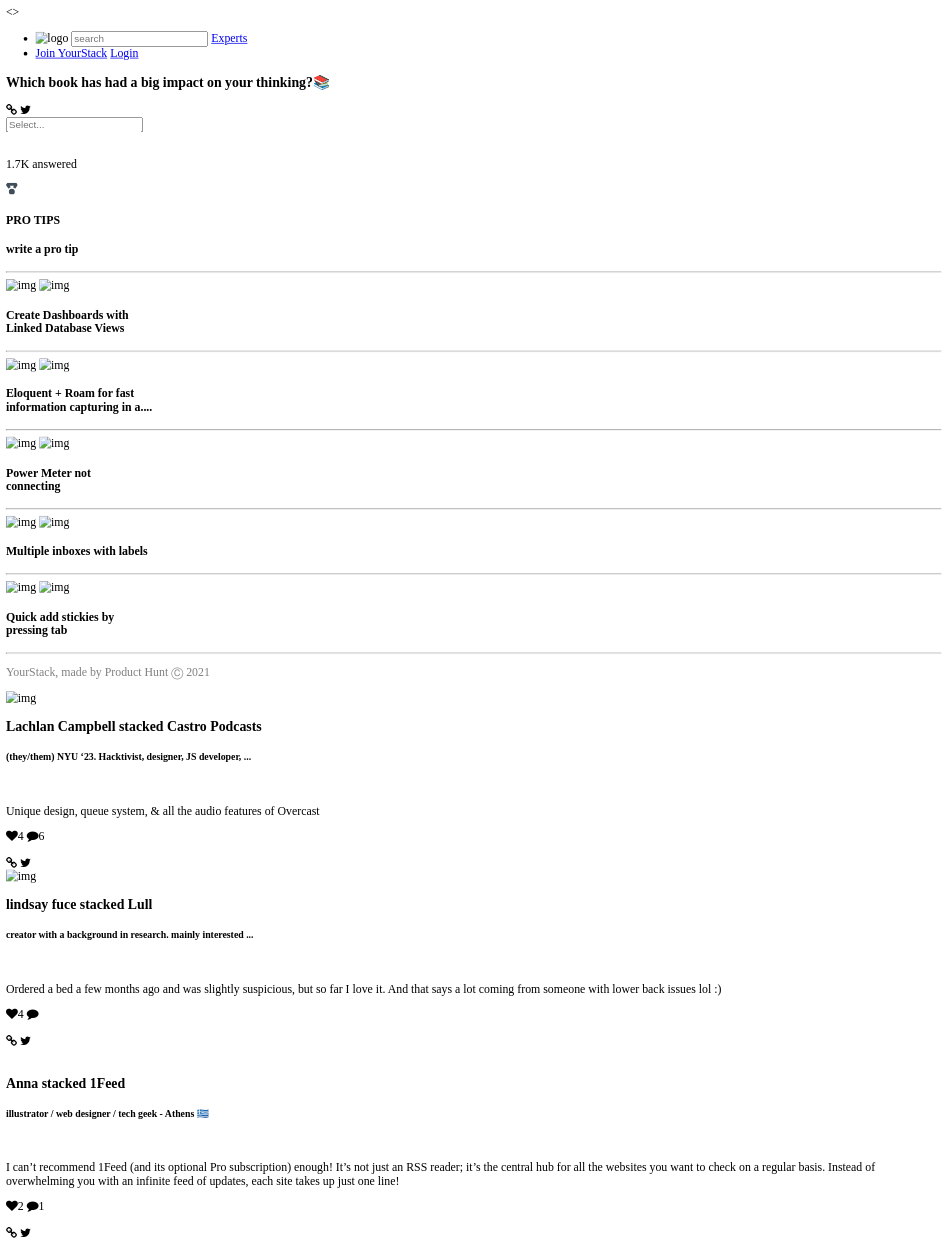
Repository: git432-tech/html-project.github.io
Page: index.html
The author's editor kept a copy of each file at every save. The page is drawn from the files as they stood at one save, then again after the next save.
The browser window is 1280 px wide. The pictures show the whole page, at 74% of full size.

Above is the page before, as saved 2021-05-04 16:05:44.
Not found: css/index.css
Not found: img/2-cont-1.jpeg
Not found: img/3-cont-1.jpeg

### index.html
<!DOCTYPE html>
<html lang="en">
  <>
    <meta charset="UTF-8" />
    <meta http-equiv="X-UA-Compatible" content="IE=edge" />
    <meta name="viewport" content="width=device-width, initial-scale=1.0" />
    <title>YourStack</title>
    <link href="https://stacks-production-us-east-1-static.s3.amazonaws.com/favicon.ico">
    <link rel="stylesheet" href="../css/index.css" />
    <link
      rel="stylesheet"
      href="https://cdnjs.cloudflare.com/ajax/libs/font-awesome/4.7.0/css/font-awesome.min.css"
    />
    <link
      rel="stylesheet"
      href="https://fonts.googleapis.com/icon?family=Material+Icons"
    />
  </head>
  <body>
    <header>
      <div class="head">
        <nav class="navbar">
          <ul class="nav-links">
            <li>
              <img
                class="logo"
                src="../img/your_stack_logo copy.png"
                alt="logo"
              />
              <input
                type="search"
                name="search-bar"
                id="search-bar"
                placeholder="search"
              />
              <a class="exp" href="#">Experts</a>
            </li>
            <li>
              <a class="stack" href="#">Join YourStack</a> <a href="#">Login</a>
            </li>
          </ul>
        </nav>
      </div>
    </header>

    <section class="main-section">
      <div class="sec-one">
        <div class="ones">
          <h3>Which book has had a big impact on your thinking?📚</h3>

          <div class="icons">
            <i id="link" class="fa fa-link"></i>
            <i id="twitter" class="fa fa-twitter"></i>
          </div>
        </div>
        <div class="sec-three">
          <input type="search" name="" id="se" placeholder="Select..." />
        </div>
        <div class="imgs">
          <img class="imgs-1" src="../img/cont-1.jpeg" alt="" />
          <img class="imgs-1" src="../img/cont-2.jpeg" alt="" />
          <img class="imgs-1" src="../img/cont-3.jpeg" alt="" />
          <p class="ans">1.7K answered</p>
        </div>
      </div>

      <div class="sec-two">
        <div class="pro">
          <svg
            class="sv"
            width="16"
            height="16"
            xmlns="http://www.w3.org/2000/svg"
          >
            <path
              d="M8 8a4 4 0 1 1 0 8 4 4 0 0 1 0-8zm6-8l2 3-3.5 5c-.8-.9-1.9-1.5-3.1-1.8L11 4H5l1.7 2.2c-1.2.3-2.3.9-3.1 1.8L0 3l2-3h12z"
              fill="#3F4C5A"
            ></path>
          </svg>
          <h4 class="pro-tip">PRO TIPS</h4>
          <h4 class="pro-tip-p">write a pro tip</h4>
        </div>
        <hr class="hrs" />
        <div class="one">
          <img
            class="img1"
            src="../img/img2.jpeg"
            alt="img"
            height="35px"
            width="35px"
          />
          <img
            class="img1"
            src="../img/img1.png"
            alt="img"
            height="35px"
            width="35px"
          />
          <h4 class="desc-1">
            Create Dashboards with <br />Linked Database Views
          </h4>
        </div>

        <hr class="hrs" />
        <div class="one">
          <img
            class="img1"
            src="../img/img-3.png"
            alt="img"
            height="35px"
            width="35px"
          />
          <img
            class="img1"
            src="../img/img-4.jpeg"
            alt="img"
            height="35px"
            width="35px"
          />
          <h4 class="desc-1">
            Eloquent + Roam for fast <br />
            information capturing in a....
          </h4>
        </div>

        <hr class="hrs" />
        <div class="one">
          <img
            class="img1"
            src="../img/img-5.jpeg"
            alt="img"
            height="35px"
            width="35px"
          />
          <img
            class="img1"
            src="../img/img-6.png"
            alt="img"
            height="35px"
            width="35px"
          />
          <h4 class="desc-1">
            Power Meter not <br />
            connecting
          </h4>
        </div>

        <hr class="hrs" />
        <div class="one">
          <img
            class="img1"
            src="../img/img-7.jpeg"
            alt="img"
            height="35px"
            width="35px"
          />
          <img
            class="img1"
            src="../img/img-8.jpeg"
            alt="img"
            height="35px"
            width="35px"
          />
          <h4 class="desc-1">Multiple inboxes with labels</h4>
        </div>

        <hr class="hrs" />

        <div class="one">
          <img
            class="img1"
            src="../img/img-9.jpeg"
            alt="img"
            height="35px"
            width="35px"
          />
          <img
            class="img1"
            src="../img/img-10.jpeg"
            alt="img"
            height="35px"
            width="35px"
          />
          <h4 class="desc-1">
            Quick add stickies by <br />
            pressing tab
          </h4>
        </div>

        <hr class="hrs" />
        <p style="color: grey;">YourStack, made by Product Hunt Ⓒ 2021</p>
        <!-- <nav class="list">
          <ul class="ul-list">
            <li><a class="terms" href="#">About</a></li>
            <li><a class="terms" href="#">Terms</a></li>
            <li><a class="terms" href="#">Policy</a></li>
            <li><a class="terms" href="#">Copyright Policy</a></li>
            <li><a class="terms" href="#">Cookies</a></li>
          </ul>
        </nav> -->
      </div>
      <div></div>
    </section>


    <section class="main-2">
      <!-- <img class="fl-img" src="../img/2-cont-1.jpeg" alt="" />
      <div class="cc">
        <h3>Lachlan Campbell stacked Castro Podcasts</h3>
        <p>(they/them) NYU ‘23. Hacktivist, designer, JS developer, ...</p>
        <h6>
          Unique design, queue system, & all the audio features of Overcast
        </h6> -->
      </div>
      <div class="circ">
        <img class="fl-img" src="../img/2-cont-1.jpeg" alt="img" />
        <div class="cc">


          <h3><b>Lachlan Campbell</b> stacked <b> Castro Podcasts</b></h3>
          <h5>(they/them) NYU ‘23. Hacktivist, designer, JS developer, ...</h5><br>
          <p>
            Unique design, queue system, & all the audio features of Overcast
          </p>
        <!-- <img class="imgs-1" src="../img/2-cont-1.jpeg" alt="img" />
        <div class="cir-cont">
          <h3>Lachlan Campbell stacked Castro Podcasts</h3>
          <br />
          <p>(they/them) NYU ‘23. Hacktivist, designer, JS developer, ...</p>
          <h6>
            Unique design, queue system, & all the audio features of Overcast
          </h6> -->
        </div>
        <div class="imgs2">
          <i id="heart" class="fa fa-heart"><span class="com-4">4</span></i>
          <i id="comment" class="fa fa-comment"><span class="com-4">6</span></i>
          <img id="imgs-1" class="imgs-1" src="../img/3-cont-1.jpeg" alt="" />
          <img class="imgs-1" src="../img/3-cont-2.jpeg" alt="" />
          <img class="imgs-1" src="../img/3-cont-3.jpeg" alt="" />
        </div>
      </div>

      <div class="sqr-img">
        <img id="sqr-img2-1" src="../img/cot-2.jpeg" alt="" />
        <div class="icons2-1">
          <i id="link" class="fa fa-link"></i>
          <i id="twitter" class="fa fa-twitter"></i>
        </div>
      </div>
    </section>

    <section class="main-3-2">
      <!-- <img class="fl-img" src="../img/2-cont-1.jpeg" alt="" />
      <div class="cc">
        <h3>Lachlan Campbell stacked Castro Podcasts</h3>
        <p>(they/them) NYU ‘23. Hacktivist, designer, JS developer, ...</p>
        <h6>
          Unique design, queue system, & all the audio features of Overcast
        </h6> -->
      </div>
      <div class="circ">
        <img class="fl-img" src="../img/5-cont.jpeg" alt="img" />
        <div class="cc">


          <h3><b>lindsay fuce </b> stacked <b> Lull</b></h3>
          <h5>creator with a background in research. mainly interested ...</h5><br>
          <p>
            Ordered a bed a few months ago and was slightly suspicious, but so far I love it. And that says a lot coming from someone with lower back issues lol :)

          </p>
        <!-- <img class="imgs-1" src="../img/2-cont-1.jpeg" alt="img" />
        <div class="cir-cont">
          <h3>Lachlan Campbell stacked Castro Podcasts</h3>
          <br />
          <p>(they/them) NYU ‘23. Hacktivist, designer, JS developer, ...</p>
          <h6>
            Unique design, queue system, & all the audio features of Overcast
          </h6> -->
        </div>
        <div class="imgs2">
          <i id="heart" class="fa fa-heart"><span class="com-4">4</span></i>
          <i id="comment" class="fa fa-comment"><span class="com-4"></span></i>
          <img id="imgs-1" class="imgs-1" src="../img/5-cont-1.jpeg" alt="" />
          <img class="imgs-1" src="../img/5-cont-2.jpeg" alt="" />
          <img class="imgs-1" src="../img/5-cont-3.png" alt="" />
        </div>
      </div>

      <div class="sqr-img">
        <img id="sqr-img2-1" src="../img/5-cont-main.jpeg" alt="" />
        <div class="icons2-1">
          <i id="link" class="fa fa-link"></i>
          <i id="twitter" class="fa fa-twitter"></i>
        </div>
      </div>
    </section>
    <section class="main-3-3">
      <!-- <img class="fl-img" src="../img/2-cont-1.jpeg" alt="" />
      <div class="cc">
        <h3>Lachlan Campbell stacked Castro Podcasts</h3>
        <p>(they/them) NYU ‘23. Hacktivist, designer, JS developer, ...</p>
        <h6>
          Unique design, queue system, & all the audio features of Overcast
        </h6> -->
      </div>
      <div class="circ">
        <img class="fl-img" src="../img/4-cont-1.jpeg" alt="" />
        <div class="cc">
          <h3><b>Anna</b> stacked 1Feed</h3>
          <h5>illustrator / web designer / tech geek - Athens 🇬🇷</h5><br>
          <p>
            I can’t recommend 1Feed (and its optional Pro subscription) enough! It’s not just an RSS reader; it’s the central hub for all the websites you want to check on a regular basis. Instead of overwhelming you with an infinite feed of updates, each site takes up just one line!
          </p>
        <!-- <img class="imgs-1" src="../img/2-cont-1.jpeg" alt="img" />
        <div class="cir-cont">
          <h3>Lachlan Campbell stacked Castro Podcasts</h3>
          <br />
          <p>(they/them) NYU ‘23. Hacktivist, designer, JS developer, ...</p>
          <h6>
            Unique design, queue system, & all the audio features of Overcast
          </h6> -->
        </div>
        <div class="imgs2">
          <i id="heart" class="fa fa-heart"><span class="com-4">2</span></i>
          <i id="comment" class="fa fa-comment"><span class="com-4">1</span></i>
          <img id="imgs-1" class="imgs-1" src="../img/3-cont-1.jpeg" alt="" />
          <img class="imgs-1" src="../img/3-cont-2.jpeg" alt="" />
          <img class="imgs-1" src="../img/3-cont-3.jpeg" alt="" />
        </div>
      </div>

      <div class="sqr-img">
        <img id="sqr-img2" src="../img/4-cont-2.gif" alt="" />
        <div class="icons2-2">
          <i id="link" class="fa fa-link"></i>
          <i id="twitter" class="fa fa-twitter"></i>
        </div>
      </div>
    </section>
  </body>
</html>

### index.css
* {
  margin: 0;
  padding: 0;
  box-sizing: border-box;
  font-family: -apple-system, BlinkMacSystemFont, Segoe UI, Helvetica, Arial,
    sans-serif;
}

header {
  width: 100%;
  height: 30px;
  display: inline;
  justify-content: space-around;
  align-items: center;
}

/* .head {
  display: flex;
  justify-content: space-evenly;
  flex-direction: row;
} */

.navbar {
  height: 60px;
  background-color: black;
}

li,
a {
  font-size: 18px;
  text-decoration: none;
  list-style: none;
  color: white;
  margin-top: 10px;
}

.nav-links {
  display: flex;
  justify-content: space-between;
}

#search-bar {
  background-color: black;
  margin-left: 19px;
  margin-right: 18px;

  padding-left: 10px;
  padding-top: 10px;
  margin-top: 5px;
  /* margin-bottom: 5px; */

  width: 370px;
  height: 100%;

  border-radius: 10px;
}

.logo {
  padding-top: 5px;
  height: 33px;
  width: 66;
}

.stack {
  margin-right: 20px;
}

/* section {
  margin-top: 50px;
} */

.main-section {
  margin-top: 50px;
  display: flex;
  justify-content: space-around;
  flex-direction: row;
}

.border {
  width: 100%;
  display: flex;
  justify-content: space-evenly;
  flex-direction: row;
  padding: 10px;
  border: 1px solid grey;
}

.books {
  margin-right: 80px;
  align-items: stretch;
}

.fa-twitter {
  margin-right: 0;
  /* background: #55acee;
  color: white; */
  background: white;
  color: grey;
}

.fa-twitter:hover {
  color: #55acee;
}

.material-icons {
  /* margin-top: 6px; */
  /* margin-right: 6px; */
  color: gray;
  size: 20px;
}
/* .search-bar-content {
  display: flex;
  justify-content: flex-end;
  position: relative;
  overflow: hidden;
} */

.one {
  /* margin-top: 10px;
  margin-bottom: 10px; */
  padding-top: 10px;
  padding-bottom: 10px;
  display: flex;
  justify-content: flex-start;
}

.img1 {
  border-radius: 50px;
  margin-right: 10px;
}

/* .desc-1 {
  margin-top: 5px;
} */

.hrs {
  color: gray;
}

.pro {
  display: flex;
  /* justify-content: space-evenly; */
  justify-content: space-between;
  margin-bottom: 25px;
}

.pro-tip {
  color: grey;
}

.pro-tip-p {
  color: blue;
  font-weight: 550;
}

.sv {
  margin-right: -80px;
}

.svgs:hover {
  color: #55acee;
}

.svgs {
  color: red;
}

/* section 1 of books and twitter icon */

.imgs {
  display: flex;
  margin-bottom: 20px;
  margin-left: 17px;
}

.imgs-1 {
  border-radius: 30px;
}

.ans {
  color: gray;
  margin-left: 9px;
}

.sec-three {
  padding-left: 10px;
  padding-right: 10px;
  display: inline;
  width: 100%;
}

#se {
  /* margin-top: 10px; */
  width: 100%;
  padding: 9px;
}

.icons {
  /* display: inline; */
  display: flex;
  justify-content: space-between;
  width: 5.5%;
  color: grey;
  margin-right: 10px;
}
.fa fa-link {
  margin-right: 10%;
}
#twitter:hover {
  color: lightblue;
  cursor: pointer;
}

#link:hover {
  color: red;
  cursor: pointer;
}

.sec-one {
  display: flex;
  justify-content: space-between;
  flex-direction: column;
  /* align-items: center; */
  border: 1px solid rgb(94, 88, 88);
  width: 57%;
  margin-left: 20px;
  height: 190px;
  /* padding-left: 20px;
  padding-right: 20px; */
}
.ones {
  width: 100%;
  display: flex;
  justify-content: space-between;
  /* align-items: center; */
  margin-top: 20px;
  padding-left: 10px;
  padding-right: 10px;
}

.main-section {
  margin-top: 30px;

  display: flex;
  justify-content: space-evenly;
  /* margin-left: 4;
  margin-right: 80px; */
}

.desc-1 {
  color: black;
  font-family: -apple-system, BlinkMacSystemFont, Segoe UI, Helvetica, Arial,
    sans-serif;
  font-weight: 700;
  align-items: center;
  font-size: 16px;
  line-height: 1.5;
}

.sec01 {
  display: flex;
  flex-direction: column;
}

.ssss {
  display: block;
  width: 50%;
}

.mini {
  display: block;
  max-width: 100%;
}

.main-2 {
  margin-top: -13%;

  margin-left: 6.3%;
  width: 57.5%;
  display: flex;
  justify-content: space-between;
  flex-direction: row;
  background-color: #fdf2a8;
  padding: 30px;
}

.circ-cont {
  float: right;
}

.circ {
  /* display: flex;
  justify-content: space-evenly;
  width: 73%; */
}

.icons2 {
  margin-top: 20px;
  display: flex;
  justify-content: space-evenly;
  margin-left: 0;
  width: 100%;
}

.imgs2 {
  display: flex;
  justify-content: space-between;
  width: 15%;
  margin-top: 20px;
  margin-left: 11%;
}
#heart:hover {
  color: red;
  cursor: pointer;
}

#comment:hover {
  color: rgb(97, 10, 10);
  cursor: pointer;
}

#comment {
  margin-left: 10px;
}

.com-4 {
  padding-left: 5px;
  font-size: 16px;
  font-weight: 500;
}

#imgs-1 {
  margin-left: 10px;
}

.circ-cont {
  display: inline;
}

.fl-img {
  float: left;
  border-radius: 30px;
  height: 50px;
  width: 60px;
}

.cc {
  display: flex;
  justify-content: space-between;
  flex-direction: column;
  padding-left: 18.5px;
  width: 87%;
}

/* #sqr-img2 {
  margin: auto;
  height: 120px;
  width: 120px;
} */

.main-3 {
  margin-left: 6.3%;
  width: 57.5%;
  display: flex;
  justify-content: space-between;
  flex-direction: row;
  background-color: #fce7c4;
  padding: 30px;
}

.main-3-1 {
  margin-left: 6.3%;
  width: 57.5%;
  display: flex;
  justify-content: space-between;
  flex-direction: row;
  background-color: #8b9cbb;
  padding: 30px;
}

.main-3-2 {
  margin-top: 20px;
  margin-left: 6.3%;
  width: 57.5%;
  display: flex;
  justify-content: space-between;
  flex-direction: row;
  background-color: #bfc6fd;
  padding: 30px;
}

.main-3-3 {
  margin-top: 20px;
  margin-left: 6.3%;
  width: 57.5%;
  display: flex;
  justify-content: space-between;
  flex-direction: row;
  background-color: #fce7c4;
  padding: 30px;
}

.icons2-2 {
  margin-top: 30px;
  display: flex;
  justify-content: space-evenly;
  width: 30px;
  margin-left: 0;
  width: 100%;
}

.icons2-1 {
  margin-top: 10px;
  display: flex;
  justify-content: space-evenly;
  width: 30px;
  margin-left: 0;
  width: 100%;
}

#sqr-img2-1 {
  height: 90px;
  width: 120px;
}

.list {
  display: inline;
  width: 10%;
  text-align: left;
  align-items: center;
  flex-direction: row;
}

.terms {
  font-size: 12px;
  text-decoration: none;
  list-style: none;
  color: lightgray;
  margin-top: 10px;
  float: left;
  margin-left: 6px;
}

After the next save:
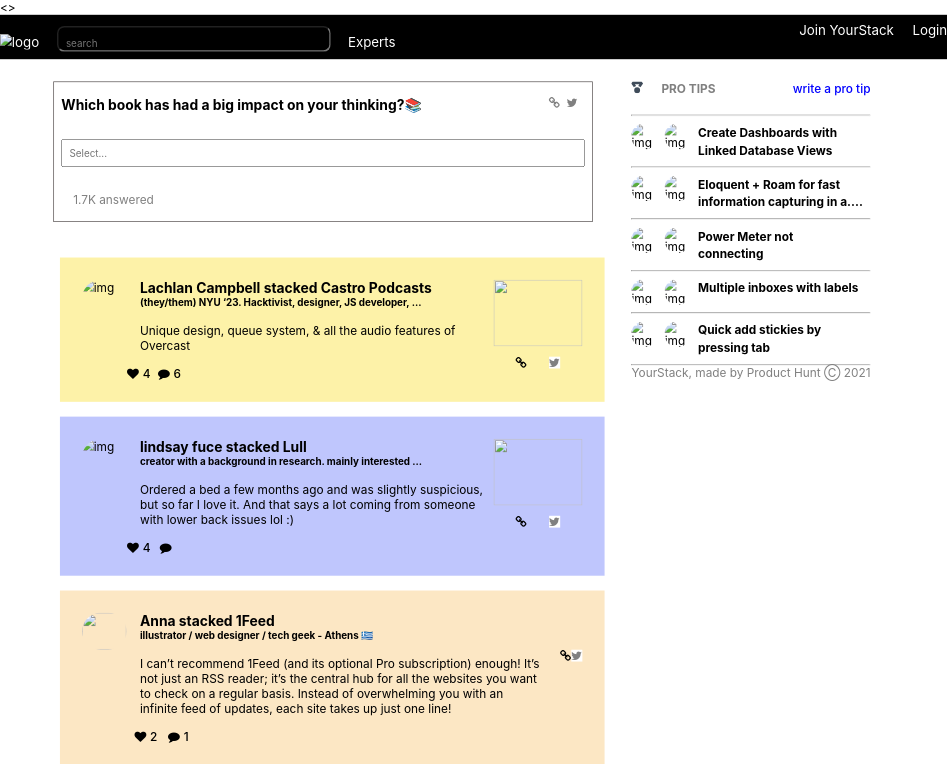
Saved 42 min 41 s later.
--- a/index.html
+++ b/index.html
@@ -6,7 +6,7 @@
     <meta name="viewport" content="width=device-width, initial-scale=1.0" />
     <title>YourStack</title>
     <link href="https://stacks-production-us-east-1-static.s3.amazonaws.com/favicon.ico">
-    <link rel="stylesheet" href="../css/index.css" />
+    <link rel="stylesheet" href="./index.css" />
     <link
       rel="stylesheet"
       href="https://cdnjs.cloudflare.com/ajax/libs/font-awesome/4.7.0/css/font-awesome.min.css"
